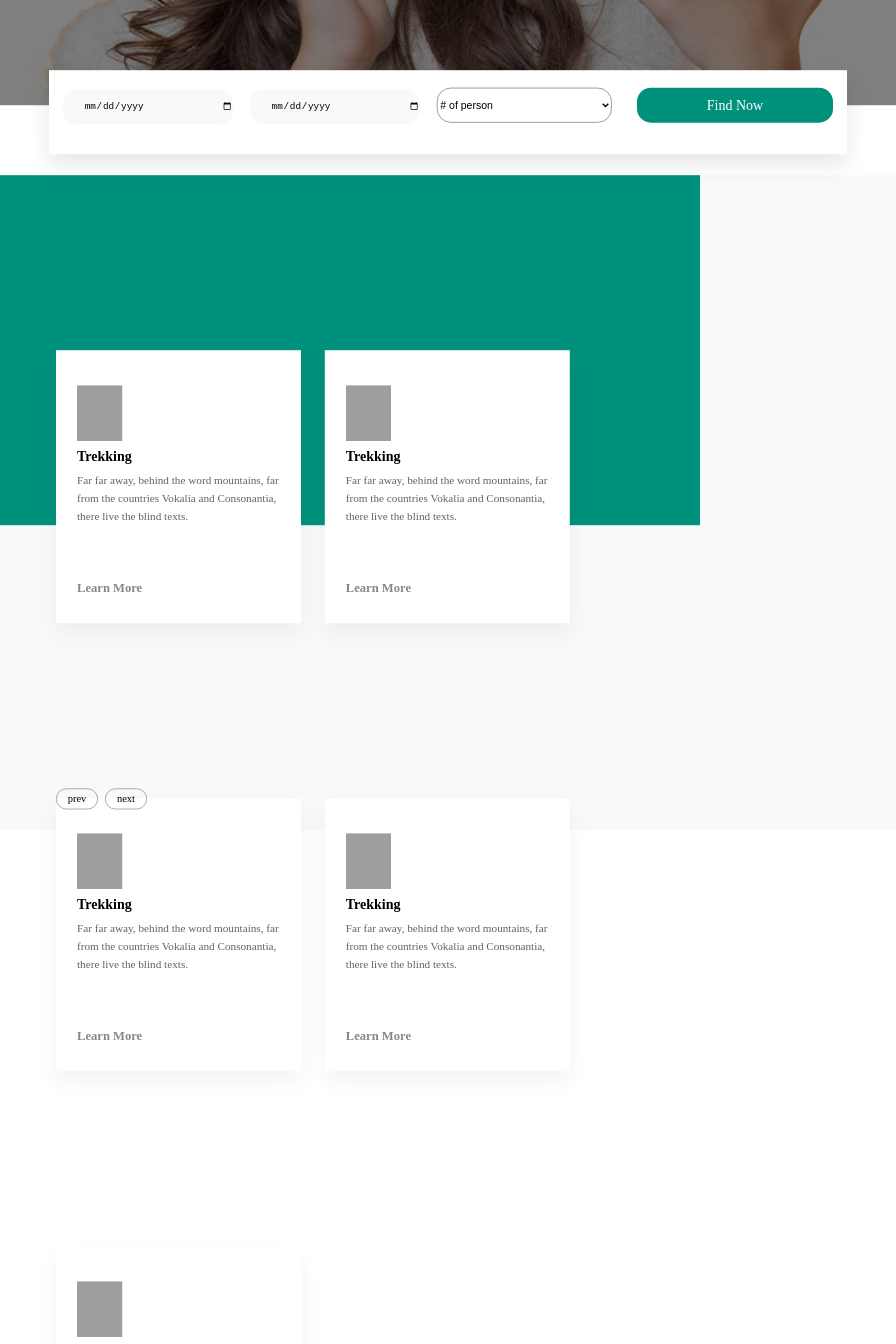
Repository: nhutduy0803/template1
Page: index.html
An editor plug-in stored every save of this project. The page is shown before and after the next save, followed by the edit.
The browser window is 1280 px wide. The pictures show the part of the page from y = 786 to 2706 px (the page is 5000 px tall), at 70% of full size.
Pictures or frames that could not be fetched are drawn as grey boxes.

Above is the page before, as saved 2021-11-28 13:48:26.

After the next save:
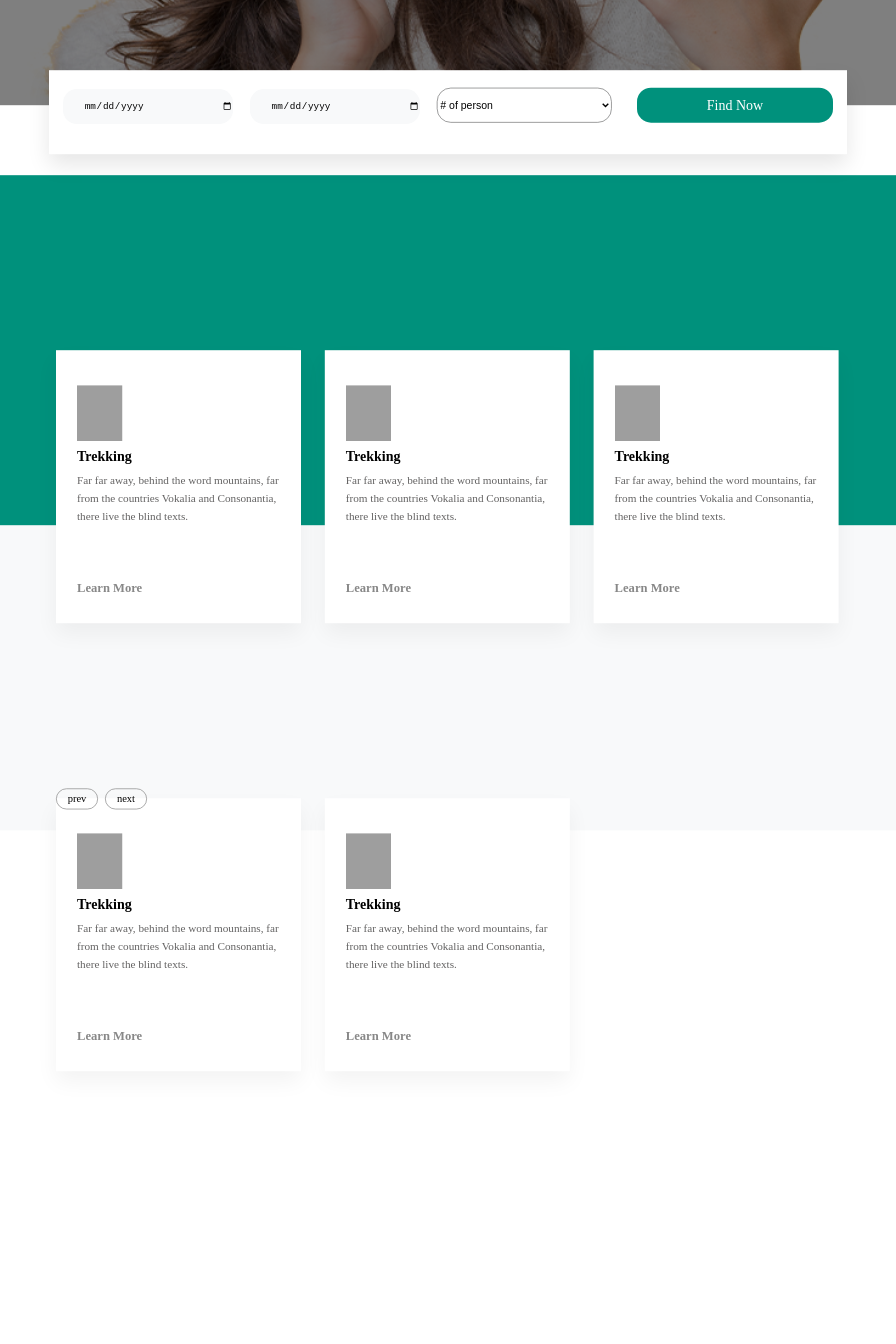
Saved 14 s later.
--- a/assets/css/style.css
+++ b/assets/css/style.css
@@ -376,6 +376,6 @@ ul .fa-chevron-down {
   margin-top: 100px;
   background: #00917c;
   height: 500px;
-  width: 1000px;
-  position: relative;
-}
+  width: 100%;
+  position: relative;
+}
